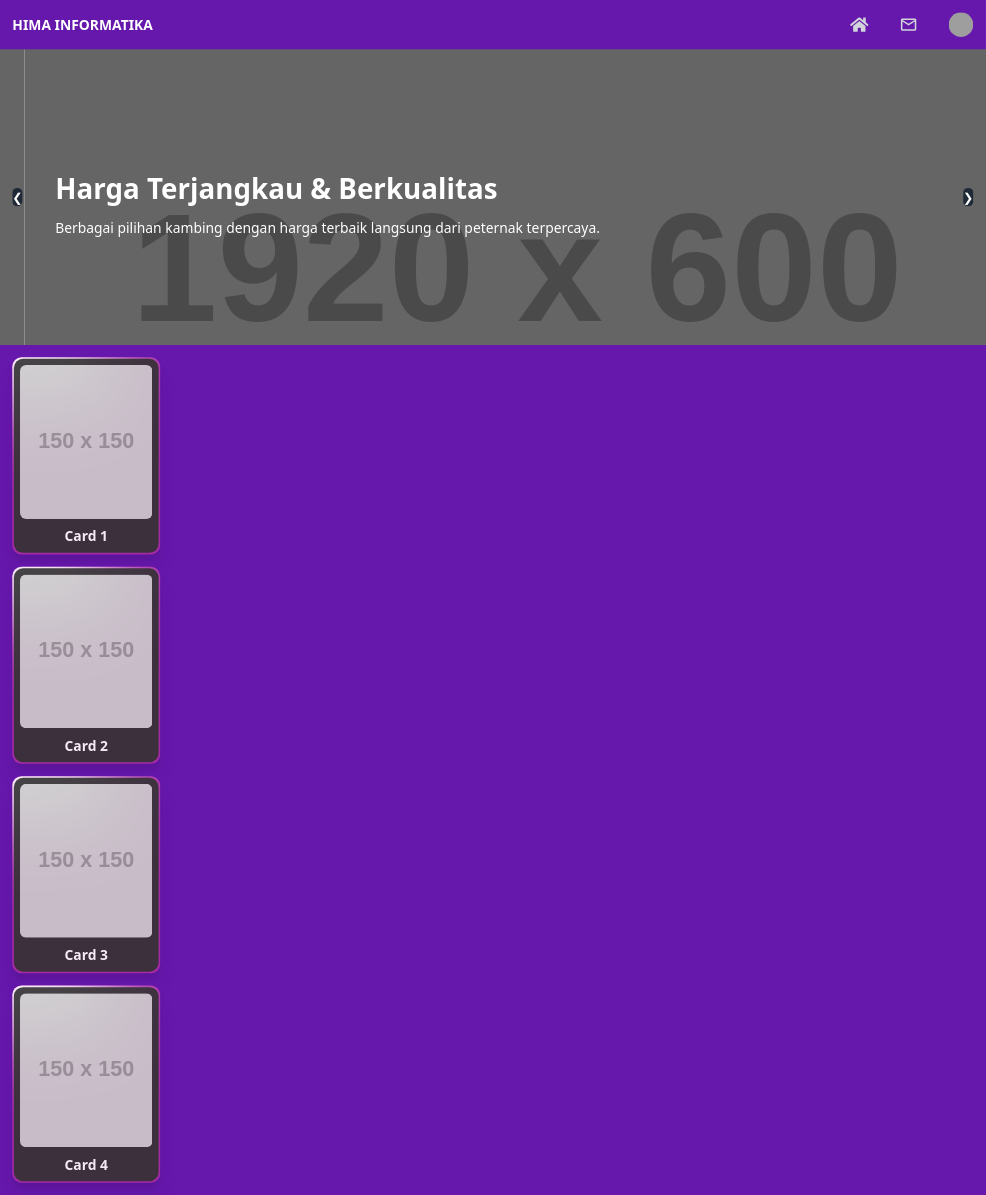
Repository: MUHAMADTEGARWIJAYA/himaif
Page: /
The author's editor kept a copy of each file at every save. The page is drawn from the files as they stood at one save, then again after the next save.
The browser window is 1280 px wide. The pictures show the whole page, at 77% of full size.
Pictures or frames that could not be fetched are drawn as grey boxes. The project was rebuilt for these pictures with package versions that can differ from the ones it lists, and the page was loaded fresh each time. Also part of the build but not shown: vite.config.js.

Above is the page before, as saved 2024-12-21 12:44:41.

After the next save:
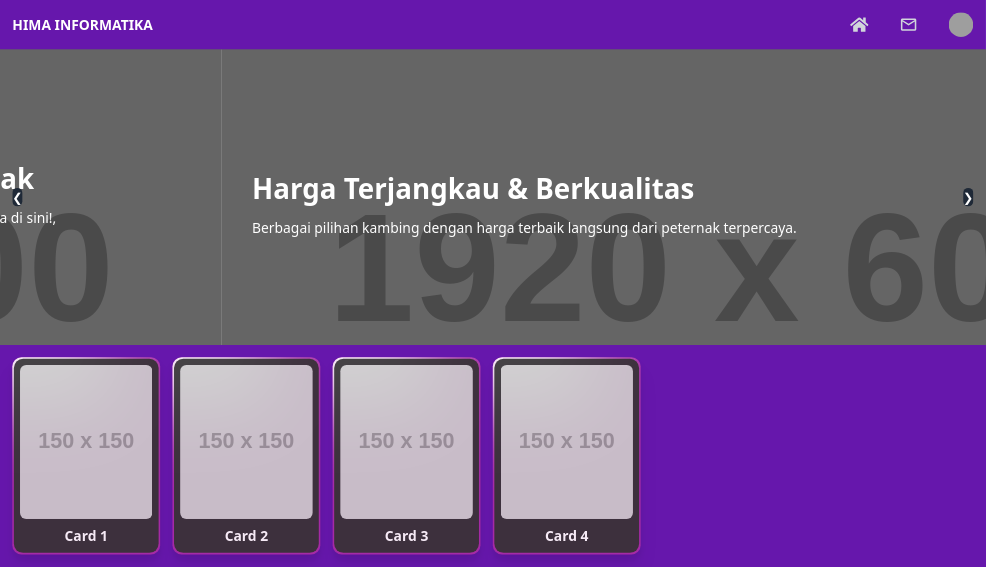
Saved 5 s later.
--- a/src/pages/Members.jsx
+++ b/src/pages/Members.jsx
@@ -43,7 +43,7 @@
   ];
 
   return (
-    <div className="grid gap-4 p-4">
+    <div className="flex gap-4 p-4">
       {cards.map((card, index) => (
         <Card key={index} title={card.title} image={card.image} />
       ))}

After the 3 saves that followed:
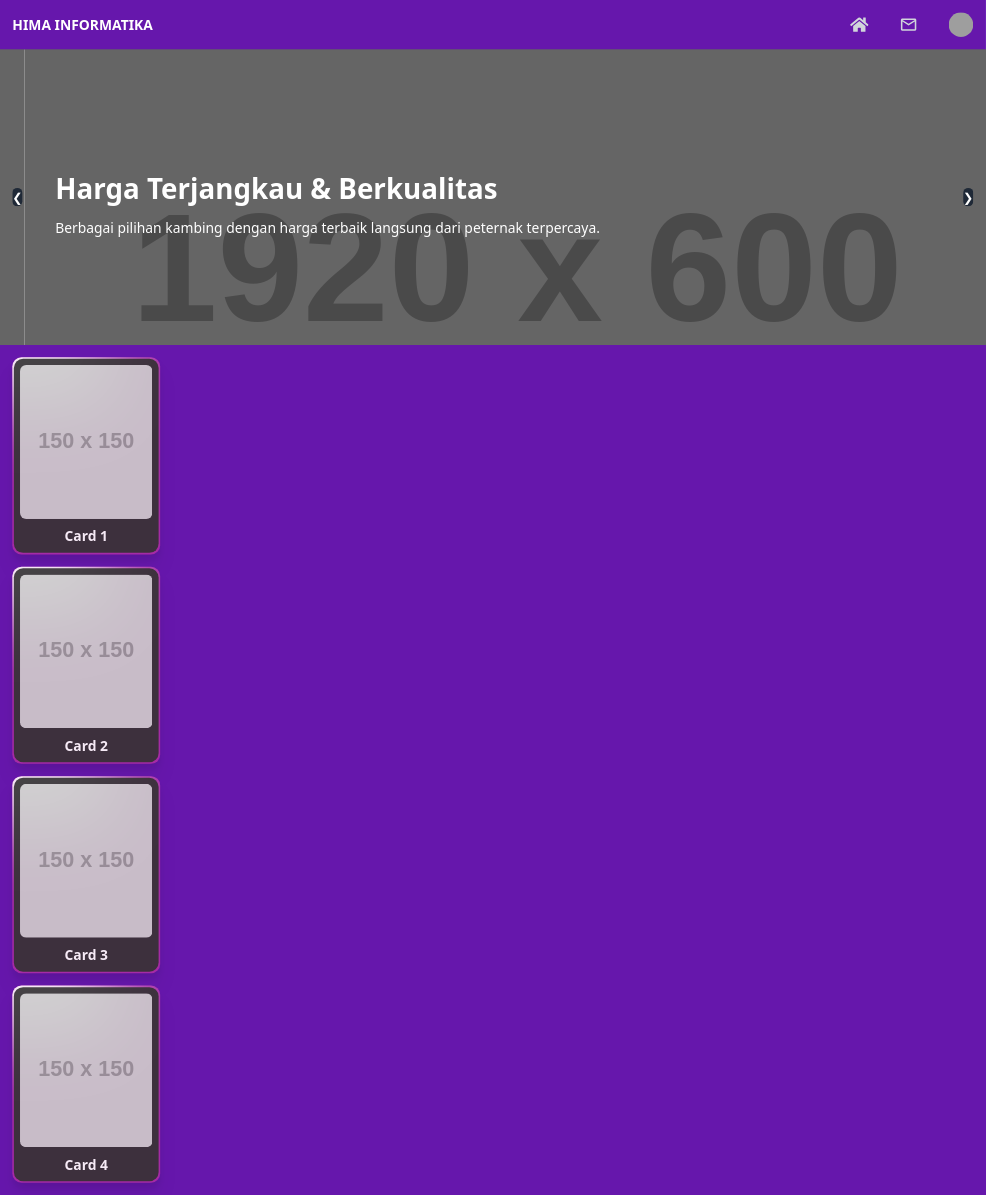
The 3 saves are shown as one change because 1 left the picture as it was and some came seconds apart.
The last was saved 23 s later.
--- a/src/pages/Members.jsx
+++ b/src/pages/Members.jsx
@@ -43,7 +43,7 @@
   ];
 
   return (
-    <div className="flex gap-4 p-4">
+    <div className="flex flex-col gap-4 p-4">
       {cards.map((card, index) => (
         <Card key={index} title={card.title} image={card.image} />
       ))}
